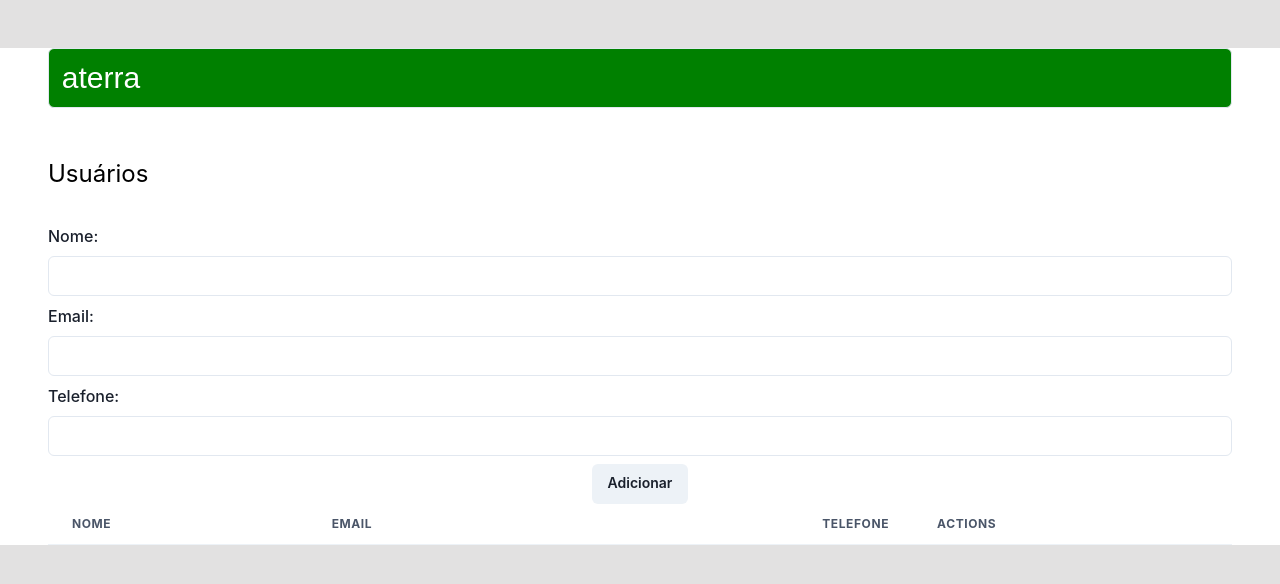
Repository: renan-oliveira93/CRUD-ATERRA
Page: /
An editor plug-in stored every save of this project. The page is shown before and after the next save, followed by the edit.
The browser window is 1280 px wide. The pictures show the whole page.
The page's requests for data from a server got no answer. The project was rebuilt for these pictures with package versions that can differ from the ones it lists, and the page was loaded fresh each time. The framework's server and built-in components were replaced by stand-ins that run in the browser. No one was signed in, and anything a server would have sent is missing. Also part of the build but not shown: next.config.js.

Above is the page before, as saved 2022-02-02 23:34:36.

### pages/_app.js
import '../styles/globals.css'
import { ChakraProvider } from '@chakra-ui/react'

function MyApp({ Component, pageProps }) {
  return (
    <ChakraProvider>
         <Component {...pageProps} />
    </ChakraProvider>
  )

}

export default MyApp

### pages/index.js
import {
  Flex,
  Text,
  Box,
  Input,
  FormControl,
  FormLabel,
  Table,
  Thead,
  Tbody,
  Tr,
  Th,
  Td,
  VStack,
  Menu,
  MenuItem,
 } from '@chakra-ui/react'
import { Button } from '@chakra-ui/react'
import axios from 'axios';
import { useEffect,useState } from 'react';
//import api from '../services/api';




export default function Home() {

  //funções de armazenamento de dados
  const [usuarios, setUsuarios] = useState ([]);
  const [id, setId] = useState (null);

  const [name, setName] = useState ('');
  console.log({name})

  const [email, setEmail] = useState ('');
  console.log({email})

  const [telefone, setTelefone] = useState ('');
  console.log({telefone})

  //funções que controlam os eventos nos imputs
  const handleChangeName = (text) =>{
    setName(text)
  }

  const handleChangeEmail = (text) =>{
    setEmail(text)
  }

  const handleChangeTelefone = (text) =>{
    setTelefone(text)
  }

  //função que controla o botão de submit
  const handleSubmit = async (event) => {
    event.preventDefault()

    try{
      const data = await axios.post('../api/usuarios', {name, email, telefone})

      setUsuarios(usuarios.concat(data.data.data))

      setName('')
      setEmail('')
      setTelefone('')
    }catch(err){
      console.log(err)
    }

  }

  //função para trazer usuarios do banco de dados e imprimir na tela
  useEffect(() => {
    axios.get('../api/usuarios').then(({data}) => {
      setUsuarios(data.data)
    })
  }, [])

  //função de controle do delete
  const handleDelete = async (_id) =>{
    try{
      await axios.delete(`/api/usuarios/${_id}`)

      setUsuarios(usuarios.filter(usuario => usuario._id !== _id))
    }catch(err){
      console.log(err)
    }

  }

  //funções de controle de update
  const handleUpdate = async (event) => {
    event.preventDefault()

    try {
      await axios.put(`/api/usuarios/[usuarioId]${id}`, {name, email, telefone})
      setUsuarios(usuarios.map(usuario => usuario._id === id ?{name, email, telefone, _id : id} : usuario))

    setName('')
    setEmail('')
    setTelefone('')
    setId(null)
    } catch (err) {
      console.log(err)
    }
  }

  const handleUpdateSubmit = (usuario) => {
    setId(usuario._id)
    setName(usuario.name)
    setEmail(usuario.email)
    setTelefone(usuario.telefone)

  }

  return (
    <Box margin='3rem' >
      <Menu>
          <MenuItem
            fontFamily={'sans-serif'}
            borderRadius='md'
            borderWidth='1px'
            bgColor={'green'}
            color={'white'}
            fontSize={'3xl'}
            _expanded={{ bg: 'blue.400' }}
            _focus={{ boxShadow: 'outline' }}
            marginBottom='3rem'
          >
          aterra
  </MenuItem>

</Menu>

      <Flex color='white' marginBottom='2rem' justifyContent='space-between' >
          <Text color='black' fontSize='2xl'>Usuários</Text>
      </Flex>

      <VStack bgColor='whiteAlpha.200' as='form' onSubmit={id ? handleUpdate : handleSubmit}>
        <FormControl>
          <FormLabel >Nome:</FormLabel>
            <Input
            type='text'
            value={name}
            onChange={event => handleChangeName(event.target.value)}
            />

        </FormControl>

        <FormControl>
          <FormLabel>Email:</FormLabel>
            <Input
            type='email'
            value={email}
            onChange={event => handleChangeEmail(event.target.value)}
            />

        </FormControl>

        <FormControl>
          <FormLabel >Telefone:</FormLabel>
            <Input
            type='tel:'
            value={telefone}
            onChange={event => handleChangeTelefone(event.target.value)}
            />

        </FormControl>

        <Button fontSize='sm' margin='1rem' alignself='flex-end' colorScheme='gray' type='submit'>{id? 'Atualizar' : 'Adicionar'}</Button>

      </VStack>

      <Table variant='simple'>

        <Thead>

          <Tr>
            <Th>Nome</Th>
            <Th>Email</Th>
            <Th isNumeric>Telefone</Th>
            <Th>Actions</Th>
          </Tr>

        </Thead>

        <Tbody>

          {usuarios.map(usuario => (
            <Tr key={usuario._id}>
              <Td>{usuario.name}</Td>
              <Td>{usuario.email}</Td>
              <Td isNumeric>{usuario.telefone}</Td>
              <Td>
                <Flex justifyContent='space-between'>
                  <Button size="sm" fontSize="smaller" colorScheme="yellow" mr="2"
                  onClick={() => handleUpdateSubmit(usuario)}>Editar</Button>
                  <Button size='sm' colorScheme='red'
                  onClick={() => handleDelete(usuario._id)}>Remover</Button>
                </Flex>
              </Td>
            </Tr>
          ))}

        </Tbody>

     </Table>

    </Box>

  )
};

### styles/globals.css
html,
body {
  padding: 0;
  margin: 0;
  font-family: -apple-system, BlinkMacSystemFont, Segoe UI, Roboto, Oxygen,
    Ubuntu, Cantarell, Fira Sans, Droid Sans, Helvetica Neue, sans-serif;
  background-color: #e2e1e1;
}

a {
  color: inherit;
  text-decoration: none;
}

* {
  box-sizing: border-box;
}

After the next save:
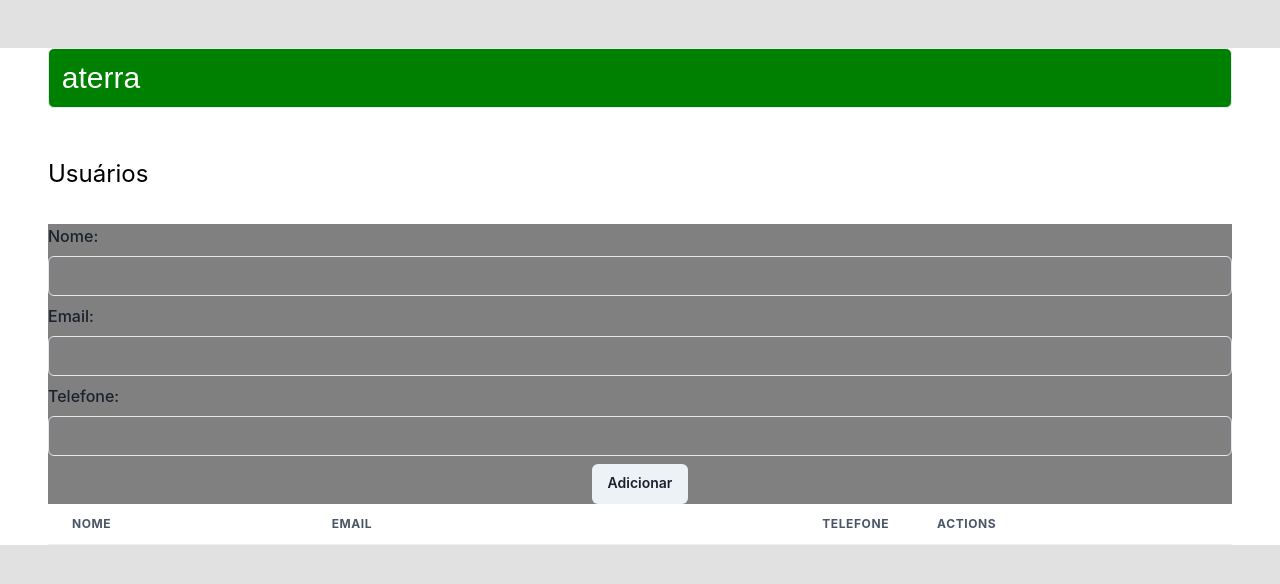
Saved 29 s later.
--- a/pages/index.js
+++ b/pages/index.js
@@ -136,7 +136,7 @@
           <Text color='black' fontSize='2xl'>Usuários</Text>
       </Flex>
 
-      <VStack bgColor='whiteAlpha.200' as='form' onSubmit={id ? handleUpdate : handleSubmit}>
+      <VStack bgColor='gray' as='form' onSubmit={id ? handleUpdate : handleSubmit}>
         <FormControl>
           <FormLabel >Nome:</FormLabel>
             <Input

After the save that followed:
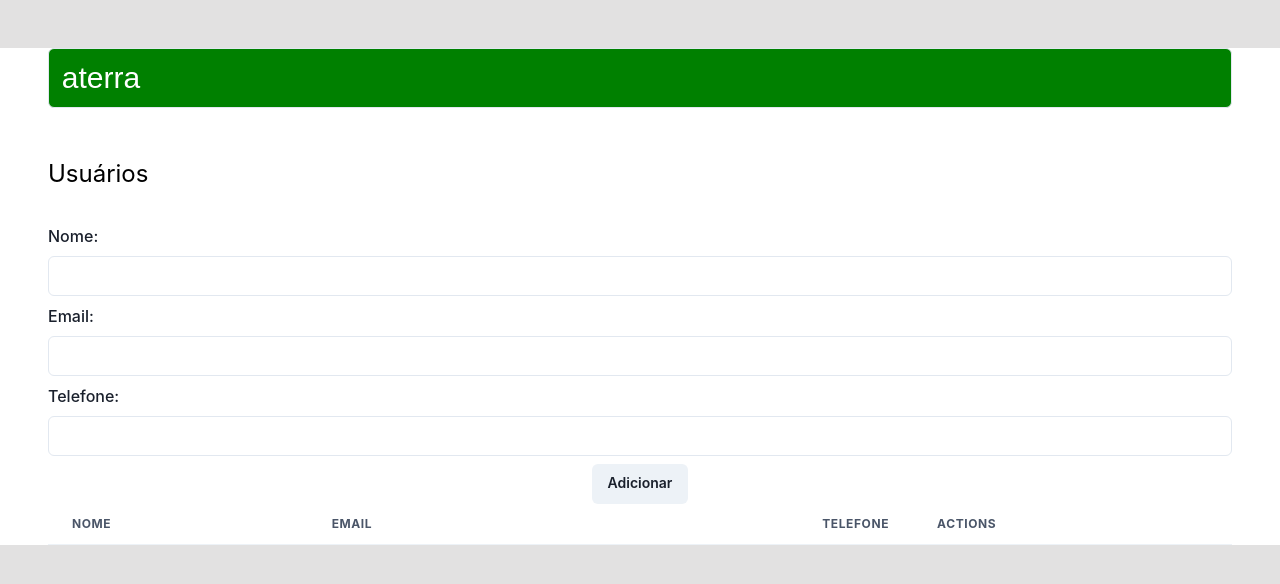
Saved 26 s later.
--- a/pages/index.js
+++ b/pages/index.js
@@ -136,7 +136,7 @@
           <Text color='black' fontSize='2xl'>Usuários</Text>
       </Flex>
 
-      <VStack bgColor='gray' as='form' onSubmit={id ? handleUpdate : handleSubmit}>
+      <VStack  as='form' onSubmit={id ? handleUpdate : handleSubmit}>
         <FormControl>
           <FormLabel >Nome:</FormLabel>
             <Input
